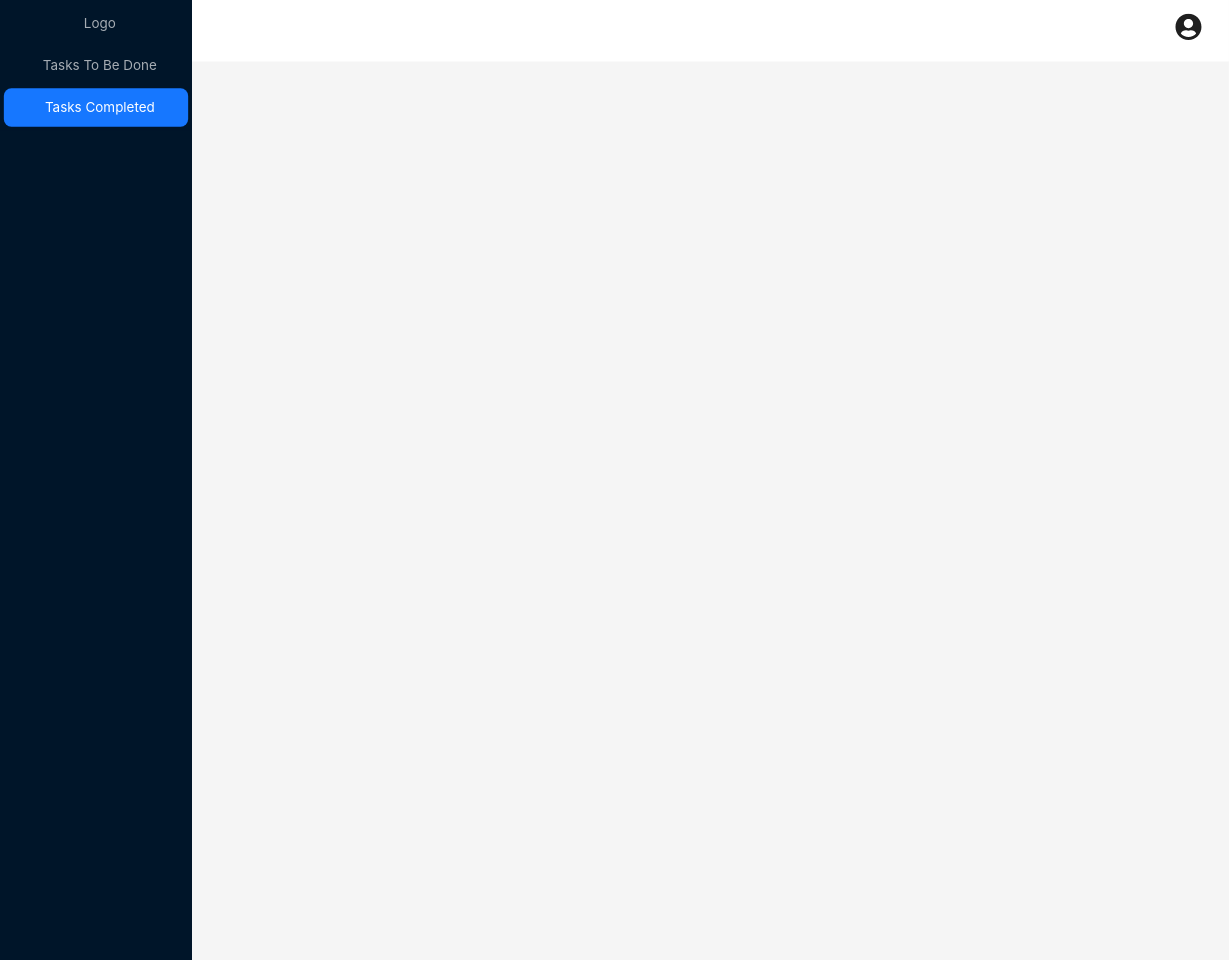
Repository: runner855/todolist_new
Page: /
An editor plug-in stored every save of this project. The page is shown before and after the next save, followed by the edit.
The browser window is 1280 px wide. The pictures show the whole page, at 96% of full size.
The project was rebuilt for these pictures with package versions that can differ from the ones it lists, and the page was loaded fresh each time.

Above is the page before, as saved 2023-03-19 17:15:43.

After the next save:
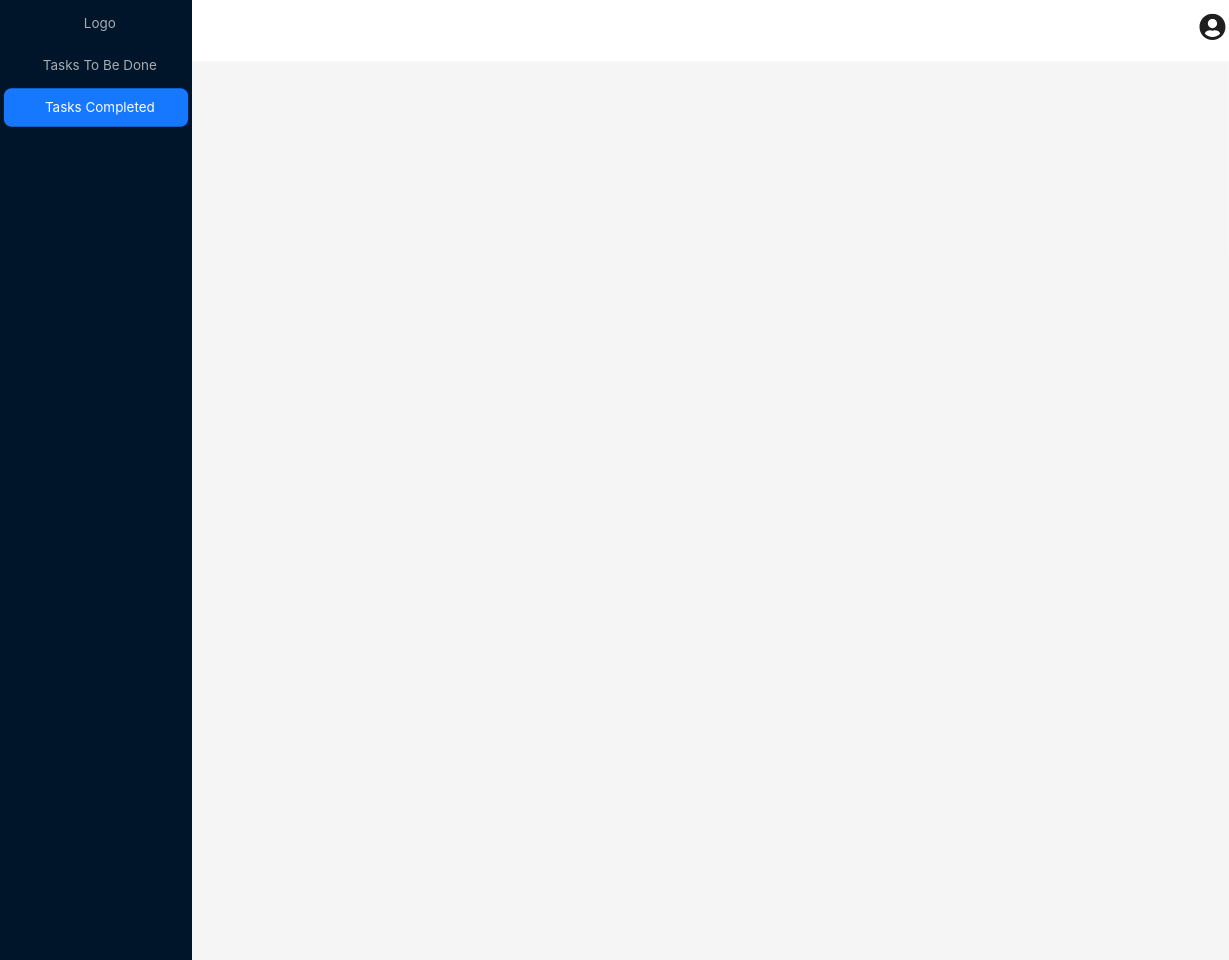
Saved 5 s later.
--- a/src/components/NavBar/NavBar.css
+++ b/src/components/NavBar/NavBar.css
@@ -7,5 +7,5 @@
 .avatar {
   text-align: right;
   font-size: 2em;
-  margin-right: 1em;
+  margin-right: 0.1em;
 }
